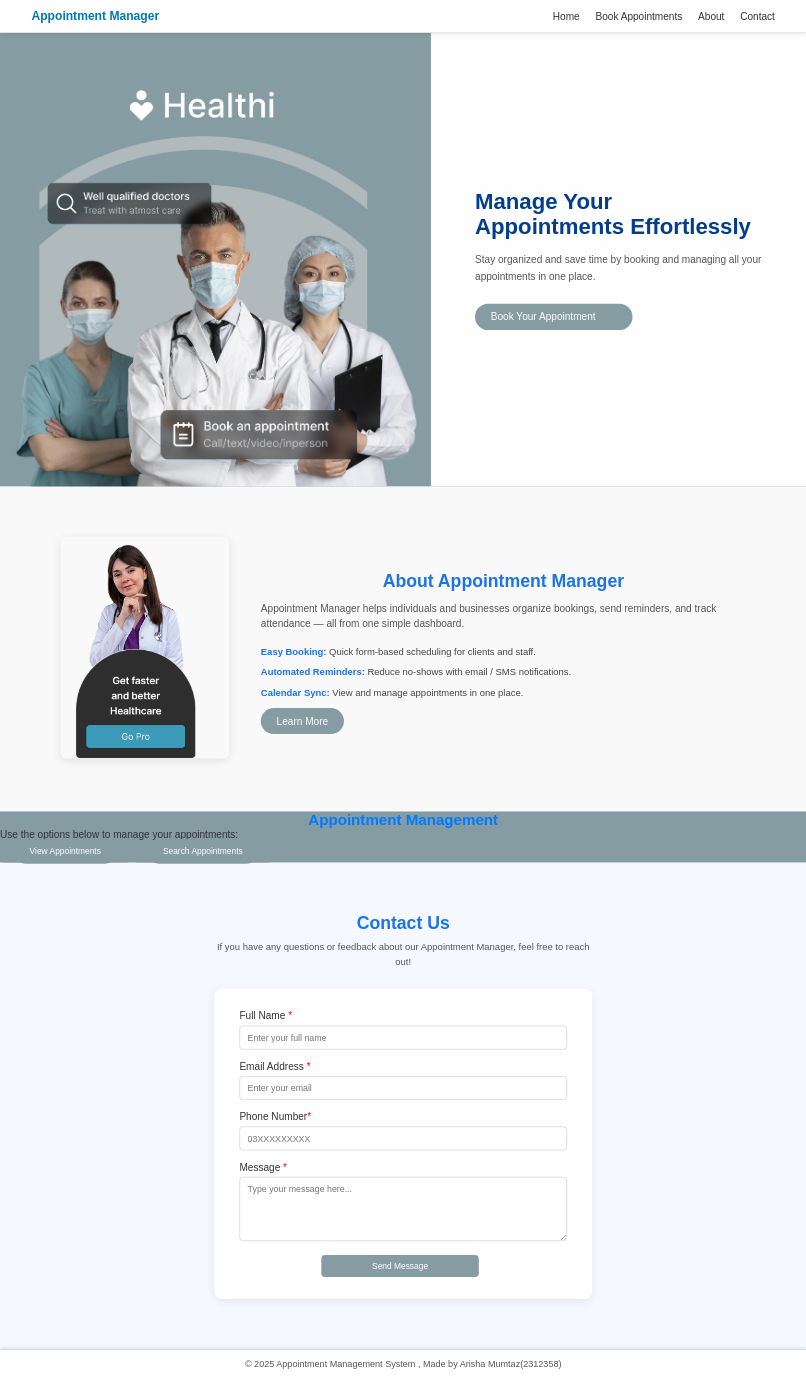
Repository: Arisha004/Hospital-Appointment-Management-System
Page: landingpage.html
An editor plug-in stored every save of this project. The page is shown before and after the next save, followed by the edit.
The browser window is 1280 px wide. The pictures show the whole page, at 63% of full size.

Above is the page before, as saved 2025-10-24 15:52:15.

After the next save:
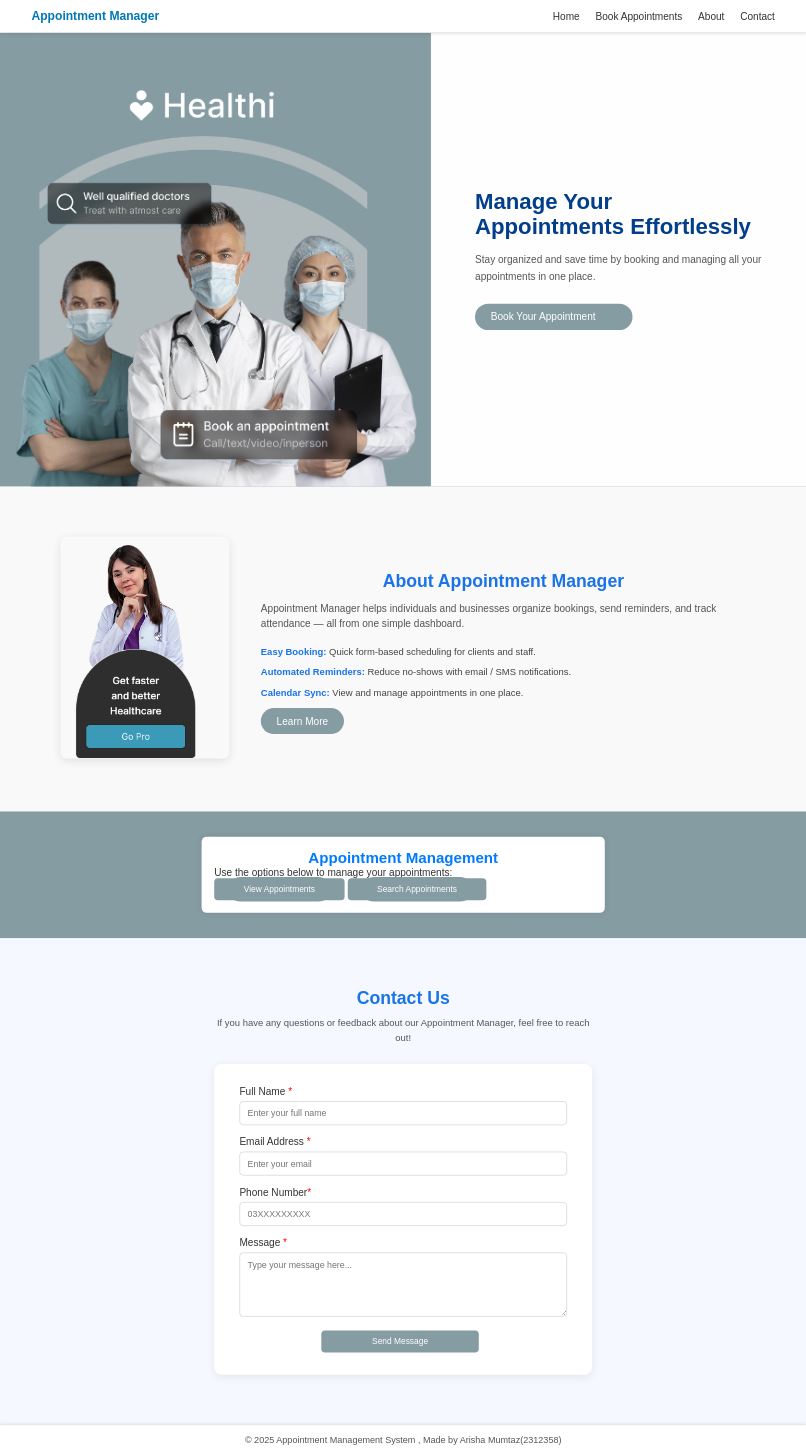
Saved 4 s later.
--- a/landingpage.html
+++ b/landingpage.html
@@ -56,7 +56,7 @@
     </div>
   </section>
   <section id="crudoperations">
-    <div class="container">
+    <div class="container1">
       <h2>Appointment Management</h2>
       <p>Use the options below to manage your appointments:</p>
       <div class="buttons">
